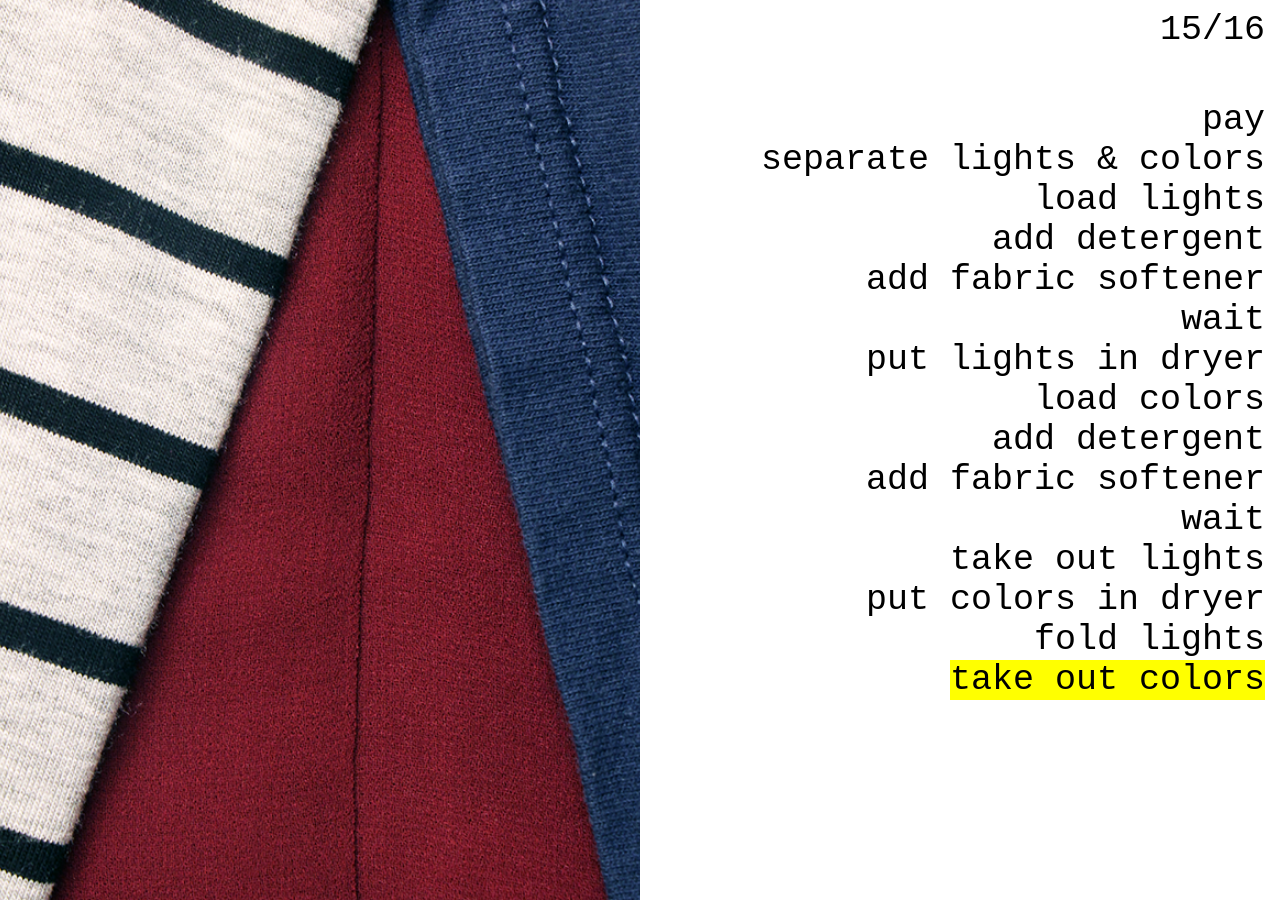
Repository: ortik455/ortik455.github.io
Page: studio/laundrysite/fifteen.html
The author's editor kept a record of every edit. The page is drawn from the files as they stood at one moment, then again after the next edit.
The browser window is 1280 px wide. The pictures show the whole page.

Above is the page before.

### studio/laundrysite/fifteen.html
<!DOCTYPE html>
<html>
	<head>
	    <link href='http://fonts.googleapis.com/css?family=Inconsolata' rel='stylesheet' type='text/css'>
		<link rel="icon" href="../../studio/favicon.png" sizes="16x16 32x32" type="image/png">
		<link href="laundry.css" rel="stylesheet" type="text/css">
		<title>15/16</title>
	</head>

	<body>

	  <div class="photos">
	  	<a href="sixteen.html"><img src="photos/unloadcolor2.png"  alt=""></a>
	  </div>

	  <div class="text">
		<div class="number">
	  		15/16
	  	</div>
		<div class="steps">
		  	pay
		  	<br>
		  	separate lights &amp; colors
		  	<br>
		  	load lights
		  	<br>
		  	add detergent
		  	<br>
		  	add fabric softener
		  	<br>
		  	wait
		  	<br>
		  	put lights in dryer
		  	<br>
		  	load colors
		  	<br>
		  	add detergent
		  	<br>
		  	add fabric softener
		  	<br>
		  	wait
		  	<br>
		  	take out lights
		  	<br>
		  	put colors in dryer
		  	<br>
		  	fold lights
		  	<br>
		  	<mark>take out colors</mark>
		</div>
	  </div>

	</body>
</html>

### studio/laundrysite/laundry.css
*, *:before, *:after {
    -webkit-box-sizing: border-box;
       -moz-box-sizing: border-box;
            box-sizing: border-box;

}
.timerbox {
    background: #000000;
    float: left;
    width: 50%;
    height: 900px;
}
.timer {
    position: absolute;
    background: #000000;
    color: #ffffff;
    top: 50%;
    left: 275px;
    font-size: 60px;
}
.timer2 {
    position: absolute;
    background: #000000;
    color: #ffffff;
    top: 50%;
    left: 275px;
    font-size: 60px;
}

body{
	background: #FFFFFF;
	font-size: 0px;
	margin: 0;
	font-family: Courier New, sans-serif;
	height: 100%;
}
.start{
    background-color: #000000;
    font-size: 50px;
    letter-spacing: 6px;
    position: absolute;
    bottom: 50%;
    margin-left: 20px;
}
.mark {
    background-color: #000000;
    color: #FFFFFF;
}
.text {
	font-size: 35px;
    width: 50%;
    height: 715px;
    float: left;
}
.photos {
    width: 50%;
    height: 100%;
    float: left;
    overflow: hidden;
}
.number {
   font-size: 35px;
   position: fixed;
   top: 0px;
   right: 0px;
   padding: 10px 15px 20px 5px;
}
.steps {
   font-size: 35px;
   text-align: right;
   position: fixed;
   bottom: 0px;
   right: 0px;
   padding: 10px 15px 20px 5px;

}
a:link {
    text-decoration:none;
    color: #000000;
    }
a:visited {
    color: #000000;
}
.photos:hover img {
    transform: scale(1.1);
}
.photos img {
    transition: transform 2s ease;
}

After the next edit:
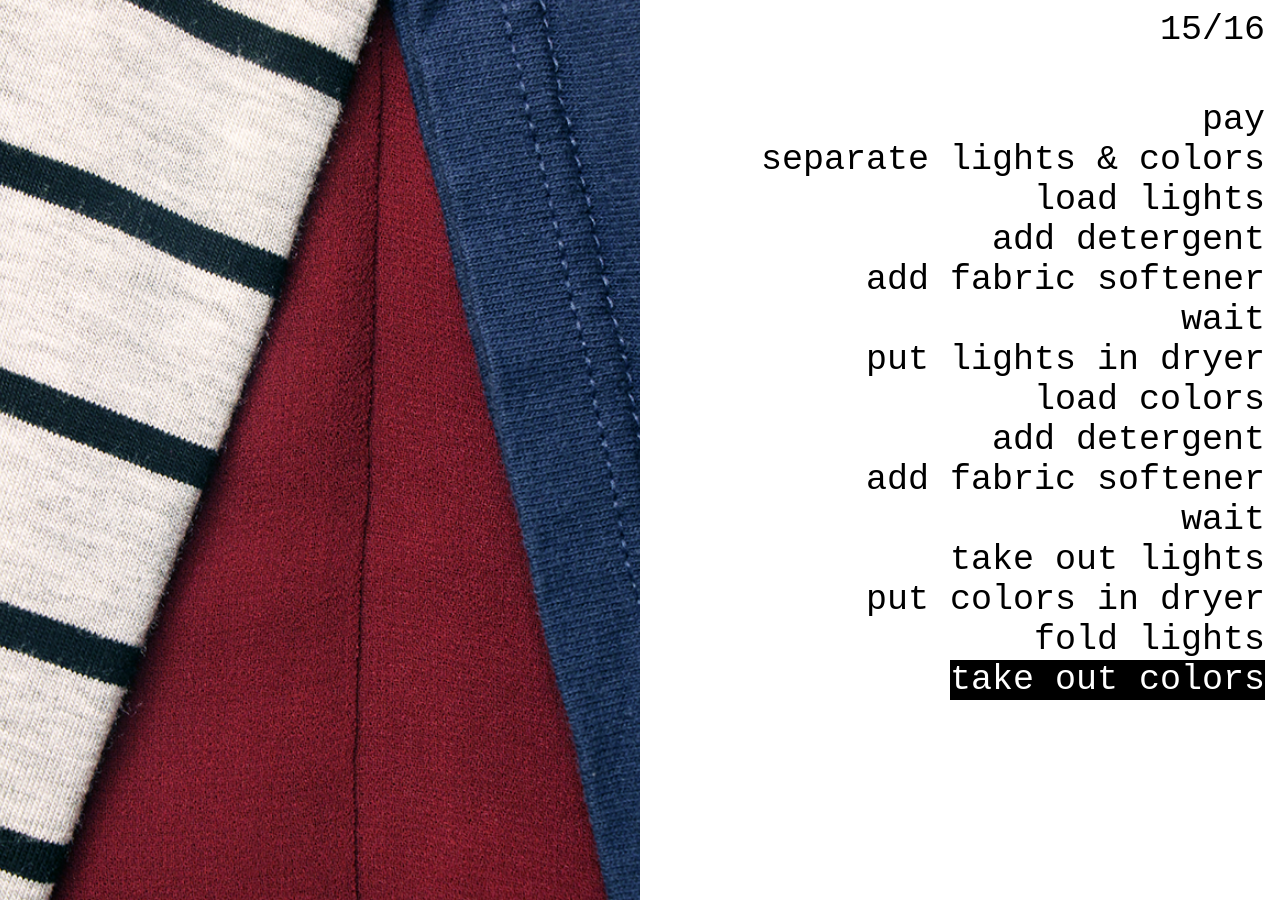
The edit:
--- a/studio/laundrysite/fifteen.html
+++ b/studio/laundrysite/fifteen.html
@@ -46,7 +46,7 @@
 		  	<br>
 		  	fold lights
 		  	<br>
-		  	<mark>take out colors</mark>
+		  	<span class="mark">take out colors</span>
 		</div>
 	  </div>
 
